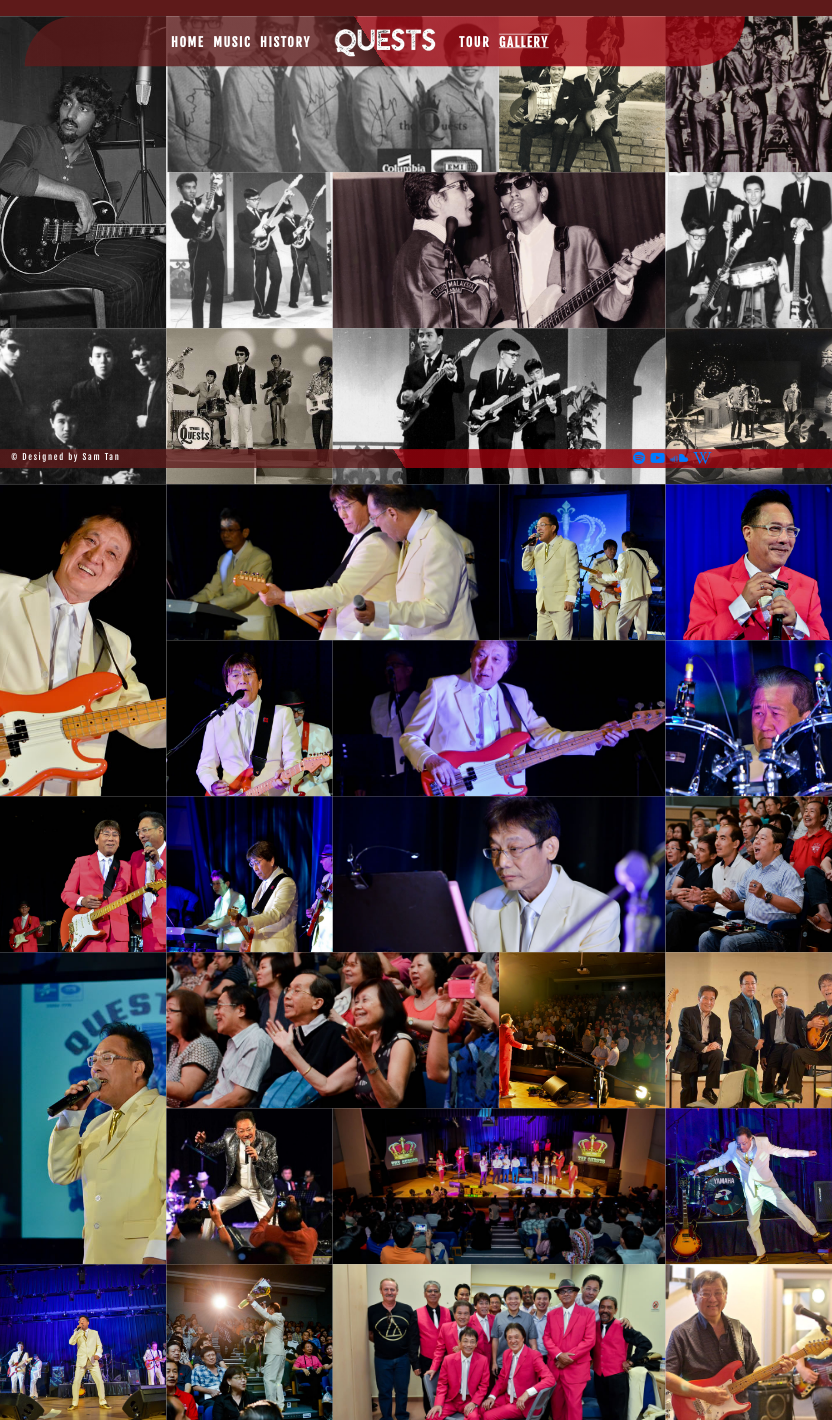
Repository: SamLookingGlass/User-Centric-Frontend-Development-Project
Page: gallery.html
The author's editor kept a record of every edit. The page is drawn from the files as they stood at one moment, then again after the next edit.
The browser window is 1280 px wide. The pictures show the whole page, at 65% of full size.
Some web libraries are served in a nearby version.

Above is the page before.

After the next edit:
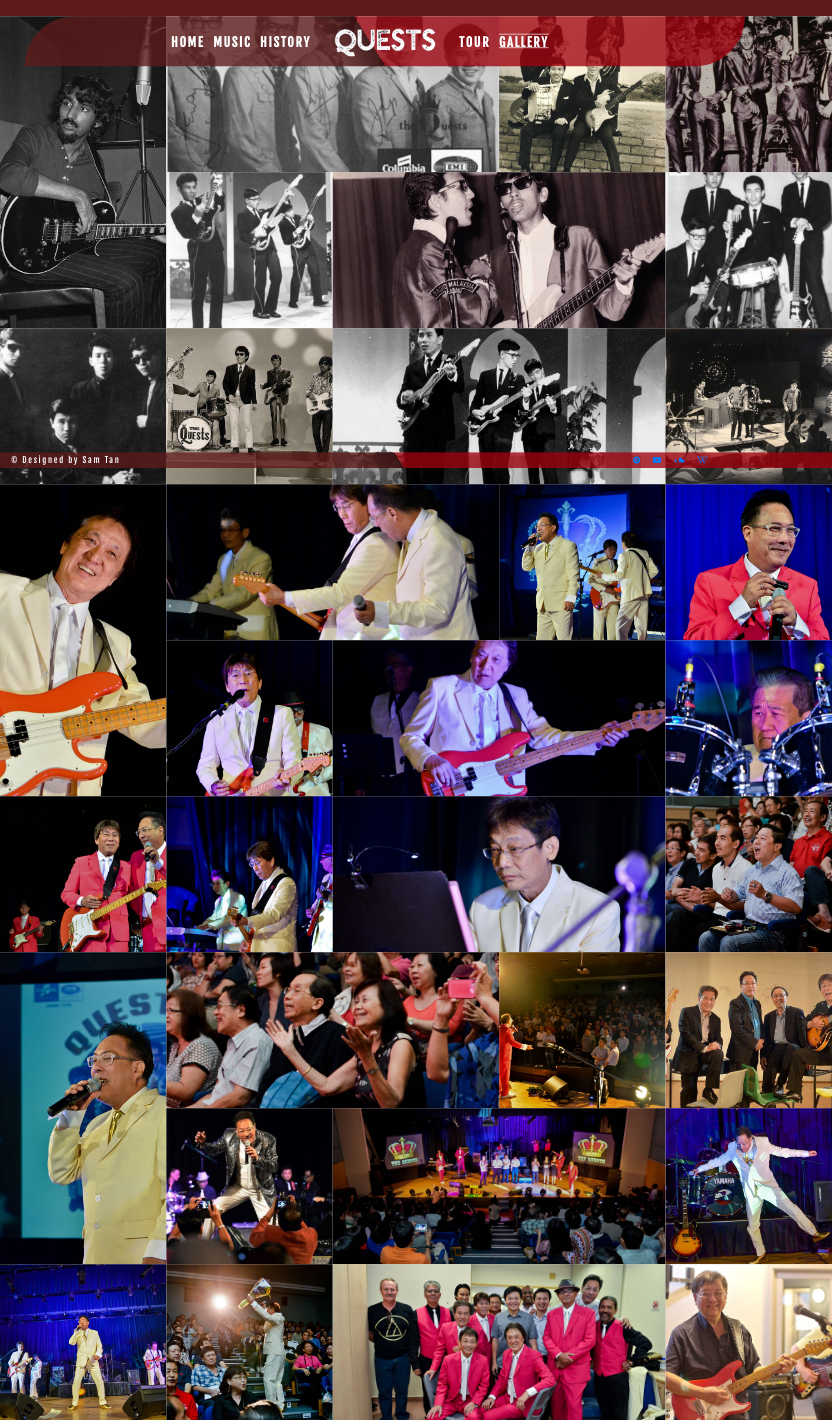
The edit:
--- a/gallery.html
+++ b/gallery.html
@@ -93,21 +93,20 @@
         </div>
 </body>
 </section>
-<footer class="fixed-bottom fontfooter" id="navbg1">
-    <div class="container-fluid">
-        <div class="row">
-            <div class="col-3">© Designed by Sam Tan </div>
-            <div class="col-6 d-lg-flex justify-content-center"></div>
-            <div class="col-3">
-                <!--<a href=""><i class="fa fa-facebook-square" style="font-size:22px"></i></a>-->
-                <a href="https://open.spotify.com/artist/4AOgY5YwQw4d5pgEX3f56A" target="_blank"><i class="fa fa-spotify" style="font-size:22px"></i></a>
-                <a href="https://www.youtube.com/user/JoeWuSeattleWaUSA/featured" target="_blank"><i class="fa fa-youtube-play" style="font-size:22px"></i></a>
-                <a href="https://soundcloud.com/user-73693220/keith-locke-the-quests-dont-1" target="_blank"><i class="fa fa-soundcloud" style="font-size:22px"></i></a>
-                <a href="https://en.wikipedia.org/wiki/The_Quests" target="_blank"><i class="fa fa-wikipedia-w" style="font-size:22px"></i></a>
+    <footer class="fixed-bottom fontfooter" id="navbg1">
+        <div class="container-fluid">
+            <div class="row">
+                <div class="col-3">© Designed by Sam Tan </div>
+                <div class="col-6 d-lg-flex justify-content-center"></div>
+                <div class="col-3 footerlogo logos">
+                    <a href="https://open.spotify.com/artist/4AOgY5YwQw4d5pgEX3f56A" target="_blank"><i class="fa fa-spotify"></i> </i></a>
+                    <a href="https://www.youtube.com/user/JoeWuSeattleWaUSA/featured" target="_blank"><i class="fa fa-youtube-play"></i></a>
+                    <a href="https://soundcloud.com/user-73693220/keith-locke-the-quests-dont-1" target="_blank"><i class="fa fa-soundcloud"></i></a>
+                    <a href="https://en.wikipedia.org/wiki/The_Quests" target="_blank"><i class="fa fa-wikipedia-w"></i></a>
+                </div>
             </div>
         </div>
-    </div>
-</footer>
+    </footer>
 
 
 <!-- Optional JavaScript -->
